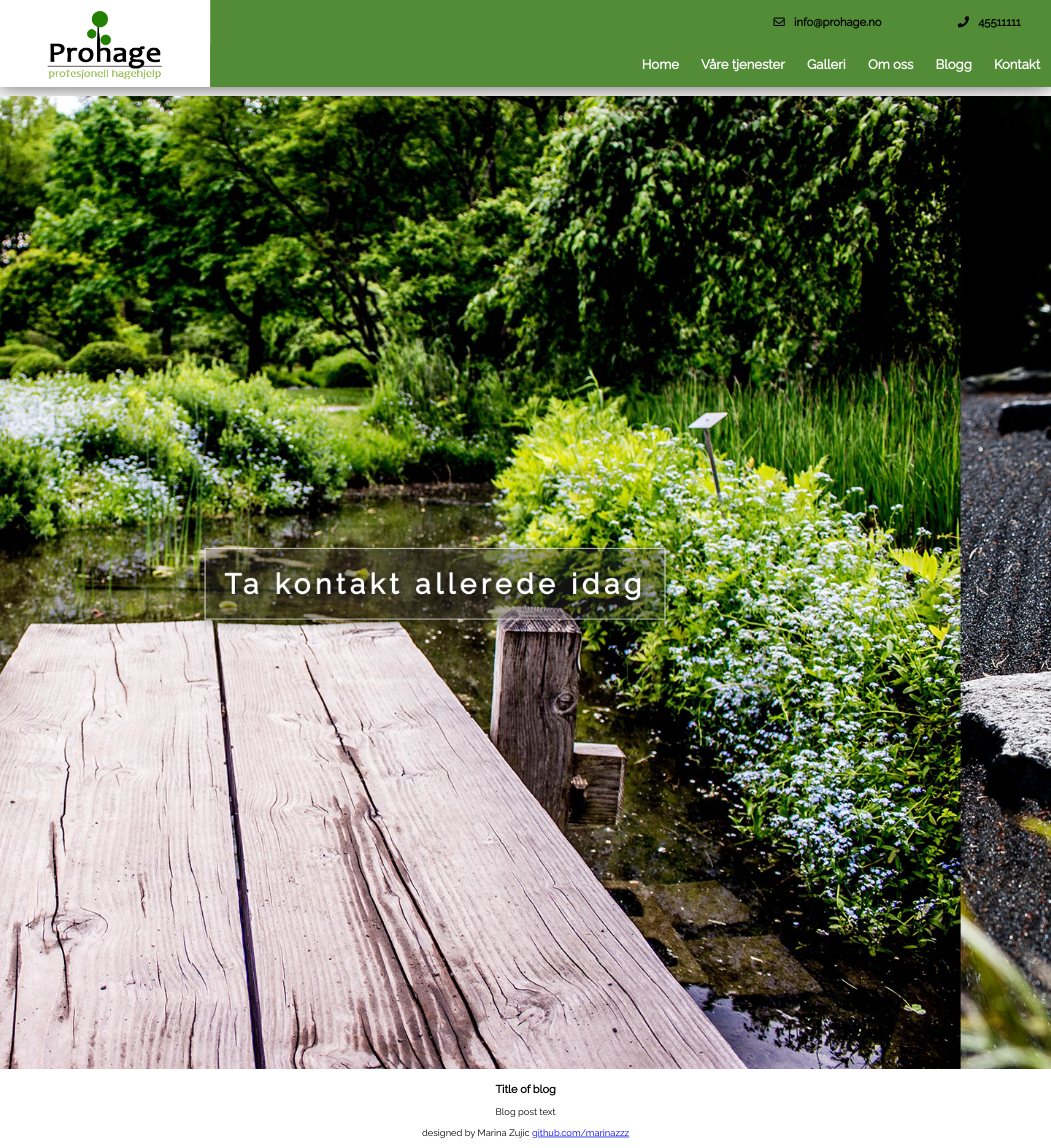
Repository: marinazzz/garden-design-website
Page: index.html
An editor plug-in stored every save of this project. The page is shown before and after the next save, followed by the edit.
The browser window is 1440 px wide. The pictures show the whole page, at 73% of full size.

Above is the page before, as saved 2020-03-31 09:07:45.

### index.html
<!DOCTYPE html>
<html lang="nb">
<head>
    <title>Hagedesign Oslo</title>
    <link rel="stylesheet" type="text/css" href="CSS/fontawesome-free-5.12.1-web/css/all.min.css">
    <link rel="stylesheet" type="text/css" href="CSS/style.css"/>
    <link rel="stylesheet" type="text/css" href="CSS/min-width-768px.css">
    <link rel="stylesheet" type="text/css" href="CSS/min-width-992px.css">
    <link rel="stylesheet" href="https://cdnjs.cloudflare.com/ajax/libs/animate.css/3.7.2/animate.min.css">
    <link rel="stylesheet" type="text/css" href="PLUGINS/glide-master/dist/css/glide.core.min.css" />
    <link rel="stylesheet" type="text/css" href="PLUGINS/glide-master/dist/css/glide.theme.min.css" />
    <link href="https://fonts.googleapis.com/css?family=Raleway&display=swap" rel="stylesheet">
    <meta name="viewport" content="width=device-width, initial-scale=1" charset="UTF-8">
</head>
<body>
    <header class="header--white-green">
        <div class="wrapper">
        <div class="container__menu--small container__menu container--max-width"> <!--grid container-->
            <div class="container__logo"> <!--1.column-->
                <img class="logo"src="images/prohage black.png" alt="Prohage logo">
            </div>
            <div class="container__items--small container__items"> <!--2.column-->
                <div class="container__item"> <!--1.row-->
                     <a href="mailto:info@prohage.no"
                         class ="container__item-txt"><i class="far fa-envelope"></i>info@prohage.no</a>
                     <a href="tlf:45511111"
                         class="container__item-txt"><i class="fas fa-phone"></i>45511111</a>
                </div>
               <div class="container__item-bottom"> <!--2.row-->
                   <button class="menu__toggle">
                       <i class="fas fa-bars"></i>
                   </button>
                   <nav id="menu">
                        <ul class="menu__list">
                            <li class="menu__item">
                                <a class="menu__link" href="home">Home</a>
                            </li>
                            <li class="menu__item">
                                <a class="menu__link" href="#services">Våre tjenester</a>
                            </li>
                            <li class="menu__item">
                                <a class="menu__link" href="#gallery">Galleri</a>
                            </li>
                            <li class="menu__item">
                                <a class="menu__link" href="#about">Om oss</a>
                            </li>
                            <li class="menu__item">
                                <a class="menu__link" href="#blog">Blogg</a>
                            </li>
                            <li class="menu__item">
                                <a class="menu__link" href="kontakt">Kontakt</a>
                            </li>
                       </ul>
                   </nav>
               </div>
            </div>
            </div>
        </div>
        <section id="main-photo">
            <div class="glide">
                <div class="glide__track"
                     data-glide-el="track">
                    <ul class="glide__slides">
                        <li class="glide__slide">
                            <img class="main-photo__item"
                                 srcset="images/daylight-environment-garden-2000.jpg 2000w,
                                         images/daylight-environment-garden-1000.jpg 1000w"
                                 sizes="(min-width: 1440px) 2000px, 100vw"
                                 src="images/daylight-environment-garden-2000.jpg" alt="Garden and plants" />
                                 <h1 class="main-photo__title">Profesjonell hagehjelp</h1>
                        </li>
                        <li class="glide__slide">
                            <img class="main-photo__item"
                                 srcset="images/main-header-photo-2000.jpg 2000w,
                                          images/main-header-photo-1000.jpg 1000w"
                                 sizes="(min-width: 1440px) 2000px, 100vw"
                                 src="images/main-header-photo-2000.jpg" alt="Garden and plants" />
                                 <h1 class="main-photo__title">Ta kontakt allerede idag</h1>
                                </li>
                        <li class="glide__slide">
                            <img class="main-photo__item"
                                 srcset="images/header-photo-2000.jpg 2000w,
                                         images/header-photo-1000.jpg 1000w"
                                 sizes="(min-width: 1440px) 2000px, 100vw"
                                 src="images/header-photo-2000.jpg" alt="Garden designed by proffesional" />
                                 <h1 class="main-photo__title">Rådgiving og tipser</h1>
                        </li>
                        <li class="glide__slide">
                            <img class="main-photo__item"
                                 srcset="images/bloom-blooming-blur-2000.jpg 2000w,
                                         images/bloom-blooming-blur-1000.jpg 1000w"
                                 sizes="(min-width: 1440px) 2000px, 100vw"
                                 src="images/bloom-blooming-blur-2000.jpg" alt="Garden designed by proffesional" />
                                 <h1 class="main-photo__title">Følg vår hageblogg</h1>
                        </li>
                    </ul>
                </div>
                <!--<div class="glide__arrows"
                         data-glide-el="controls">
                        <button class="glide__arrow glide__arrow--left"
                                data-glide-dir="<">
                            <i class="fas fa-chevron-circle-left"></i>
                        </button>
                        <button class="glide__arrow glide__arrow--right"
                                data-glide-dir=">">
                            <i class="fas fa-chevron-circle-right"></i>
                        </button>
                    </div>-->
            </div>

            <!--<img class="main-photo__item1"
                 srcset="images/architecture-clouds-daylight-2000.jpg 2000w,
                         images/architecture-clouds-daylight-1000.jpg 1000w"
                 sizes="(min-width: 1440px) 2000px, 100vw"
                 src="images/architecture-clouds-daylight-2000.jpg" alt="Garden">
            <img class="main-photo__item2"
                 srcset="images/header-photo-2000.jpg 2000w,
                         images/header-photo-1000.jpg 1000w"
                 sizes="(min-width: 1440px) 2000px, 100vw"
                 src="images/header-photo-2000.jpg" alt="Garden designed by proffesional" >
            <img class="main-photo__item3"
                 srcset="images/main-header-photo-2000.jpg 2000w,
                         images/main-header-photo-1000.jpg 1000w"
                 sizes="(min-width: 1440px) 2000px, 100vw"
                 src="images/main-header-photo-2000.jpg" alt="Garden and plants" >
            <h1 class="main-photo__title">Profesjonell hagehjelp</h1>-->
        </section>
     </header>
     <main>
         <section id="services">

         </section>
         <section id="gallery">

        </section>
         <article id="blog-posts">
             <h3>Title of blog</h2>
             <p>Blog post text</p>
         </article>
         <section id="about oss">

        </section>
     </main>
     <footer>
	     <p>designed by Marina Zujic
		     <a href="https://github.com/marinazzz">github.com/marinazzz</a>
	     </p>
     </footer>
     <script src="PLUGINS/glide-master/dist/glide.min.js"></script>
     <script>
        new Glide('.glide', {
            type: 'carousel',
            autoplay: true,
            hoverpause: false,
            perView: 1,
            direction: 'rtl',
            animationDuration: 10000
        }).mount()
      </script>
     <script src="JS/js-app.js"></script>
</body>
</html>

### CSS/style.css
html {
  font-size: 62.5%;
}

body {
  margin: 0;
  padding: 0;
  text-align: center;
  box-sizing: border-box;
  font-family: 'Raleway', sans-serif;
}

       /*__ HEADER__ */

/*color styles*/
.header--white-green {
  --header-bg-color: #528C36;
  --header-link-color: black;
  --header-menu-link: #fff;
  --header-toggle-color: #528C36;
}

/*main style*/
.container__menu--small {
  display: flex;
  justify-content: space-around;
  box-shadow: 0 0 2rem 0 rgba(0, 0, 0, 0.24), 0 0 30rem 0 rgba(0, 0, 0, 0.2);
}

.logo {
  max-height: 8rem;
  background: white;
}

.container__items--small {
  display: grid;
  grid-template-rows: 1fr 1fr;
  align-content: flex-end;
  width: 250px;
}

.container__item {
  align-self: center;
}

.container__item,
.container__item-bottom {
  text-align: end;
}

.container__item-txt {
  color: var(--header-link-color);
  text-decoration: none;
  font-size: 1.2rem;
}

.container__item > a:first-of-type {
  padding-right: 1.6rem;
}

.container__item-bottom > nav {
  text-align: center;
}

.menu__toggle {
  color: var(--header-bg-color);
  box-sizing: border-box;
  border: none;
  background-color: transparent;
  outline: none;
  font-size: 3rem;
  line-height: 0;
  padding: 0.5rem;
  color: var(--header-toggle-color);
  position: relative;
  z-index: 100;
}

.fa-phone,
.fa-envelope {
  margin-right: 1rem;
}


/* MENU */

#menu {
  display: none;
  position: absolute;
  top: auto;
  left: 0;
  width: 100%;
  padding-top: 1rem;
  background-color: var(--header-bg-color);
  z-index: 20;
}

.menu__list {
  padding: 0;
  margin: 0;
  display: flex;
  flex-direction: column;
}

.menu__item {
  display: block;
  margin-bottom: 1rem;
}

.menu__link {
  color: var(--header-menu-link);
  text-decoration: none;
  font-size: 1.4rem;
}

#menu.menu-opened {
  display: block;
}


/*FOR SMALL DEVICES*/

@media screen and (max-width: 420px) {

  .logo {
    max-height: 7rem;
  }

  .container__items--small {
    width: auto;
    align-self: center;
  }

  .container__item > a:first-of-type {
    padding-right: 1.3rem;
  }

  .container__item {
    text-align: center;
  }

  .fa-phone, .fa-envelope {
    margin-right: 0.3rem;
  }
}

/* MAIN PICTURE */

#main-photo {
  width: 100%;
  padding-top: 1rem;
}

.main-photo__title {
  position: absolute;
  color: white;
  background-color:#524a4a3b;
  border: 0.1rem solid white;
  filter: drop-shadow(2px 4px 6px black);
  padding: 2rem;
  margin: 0 auto;
  font-size: 1.5rem;
  letter-spacing: 0.2rem;
  top: 50%;
  left: 50%;
  transform: translate(-50%, -50%);
}



/* GLIDE SLIDER CSS OVERRIDES */

.glide__slides {
  margin: 0;
}

.glide__slide {
  position: relative;
}

/*#main-photo .glide__arrow  {
  font-size: 4rem;
  padding: 0;
  border-color: transparent;
  box-shadow: none;
  border-radius: 50%;
  line-height: 0;
  transition: all 200ms ease-in-out;
}

#main-photo .glide__arrow:hover {
  border-color: #252525;
  color: #252525;
}*/



/*#main-photo {
  position: relative;
}

.main-photo__item {
   width: 100%;
}

.main-photo__title {
  position: absolute;
  bottom: 1rem;
  left: 20rem;
  font-size: 2rem;
}*/



/*1. COLOR OPTION*/
/* CSS variables*/
/* :root {
  --header-bg-color: #4daa57;
  --header-top-bg-color: #252525;
  --header-toggle-color: #fff;
}*/

/*.top-header__item {
  color: var(--header-link-color);
  text-decoration: none;
  font-size: 1.4rem;
}*/


/*------MAIN----------*/

### CSS/min-width-768px.css
@media screen and (min-width: 768px) {

  html {
    font-size: 70%;
  }

   /* HEADER */


   .container__menu,
   .container__items {
    display: grid;
   }

   .container__menu {
    grid-template-columns: 2fr 80%;
    box-shadow: 0 0 2rem 0 rgba(0, 0, 0, 0.62), 0 0 30rem 0 rgba(0, 0, 0, 0.19);
  }

  .container__items {
    grid-template-rows: 1fr 1fr;
    background: var(--header-bg-color);
    width: auto;
  }

  .container__item,
  .container__item-bottom {
    display: flex;
  }

  .container__item {
    align-self: center;
    justify-content: space-around;
    /*padding-left: 23rem;*/
  }

  .container__item > a:first-of-type {
    padding-left: 10rem;
  }

  .container__item-bottom {
    align-items: center;
  }

  .menu__toggle {
    display: none;
  }

  /* NAVIGATION */

  #menu,
  .menu-opened .menu__item .menu__link {
    display: block;
  }

  #menu {
    position: static;
    padding: 0;
    top: 0;
  }

  #menu,
  .menu_list {
    height: 100%;
  }

  .menu__list {
    height: 100%;
    flex-direction: row;
    justify-content: center;
    align-items: center;
    padding-left: 5rem;
  }

  .menu__item {
    height: 100%;
    display: block;
    flex-grow: 1;
    margin: 0;
    line-height: 4.5rem;
  }

  .menu__item:hover {
    background-color:#272727;
  }

  .menu__link:active {
    color:black;
  }

  .menu__link,
  .container__item-txt {
    font-weight: bold;
  }

  /* color styles */

  :root {
    /*header*/
    --header-bg-color:#528C36;
    --link-color: #FCFDF9;
  }

  /* MAIN PHOTO */

  .main-photo__title {
    font-size: 2rem;
    letter-spacing: 0.3rem;
}

}

### CSS/min-width-992px.css
@media screen and (min-width: 992px) {
    html {
        font-size: 80%;
    }

   /* HEADER */

    .logo {
        max-height: 9rem;
    }

    .container__items {
        width: auto;
    }

    .container__item {
        padding-left: 22rem;;
    }

    .container__item-bottom,
    .container__items {
        padding: 0;
    }

    #menu {
        padding-left: 10rem;
    }
}

@media screen and (min-width: 1440px) {

    /* HEADER */
    .container__menu {
        max-width: 1500px;
        margin: 0 auto;
    }

    #menu {
        padding-left: 40rem;
    }

    .container__item {
        padding-left: 47rem;;
    }





    /* MAIN PHOTO */

    .main-photo__title {
        font-size: 3rem;
        letter-spacing: 0.5rem;
    }
}

@media screen and (min-width: 2560px) {

    .logo {
        max-height: 12rem;
    }

    .container__item {
        justify-self: center;
    }

    .container__item > a:first-of-type {
        padding: 0 13rem;
    }

    .container__item-bottom {
        padding: 0 40rem;
    }

    /*content on middle*/

    .container__menu {
        max-width: 2000px;
        margin: 0 auto;
    }

    .container__items {
        width: auto;
    }

    .container__item-bottom,
    .container__items {
        padding: 0;
    }

    #menu,
    .container__item {
        padding-left: 50rem;
    }
}

Loaded but not shown: CSS/fontawesome-free-5.12.1-web/css/all.min.css (library); PLUGINS/glide-master/dist/css/glide.core.min.css (common file); PLUGINS/glide-master/dist/css/glide.theme.min.css (common file); PLUGINS/glide-master/dist/glide.min.js (library); JS/js-app.js (no copy from this time; the picture is the same without it)

After the next save:
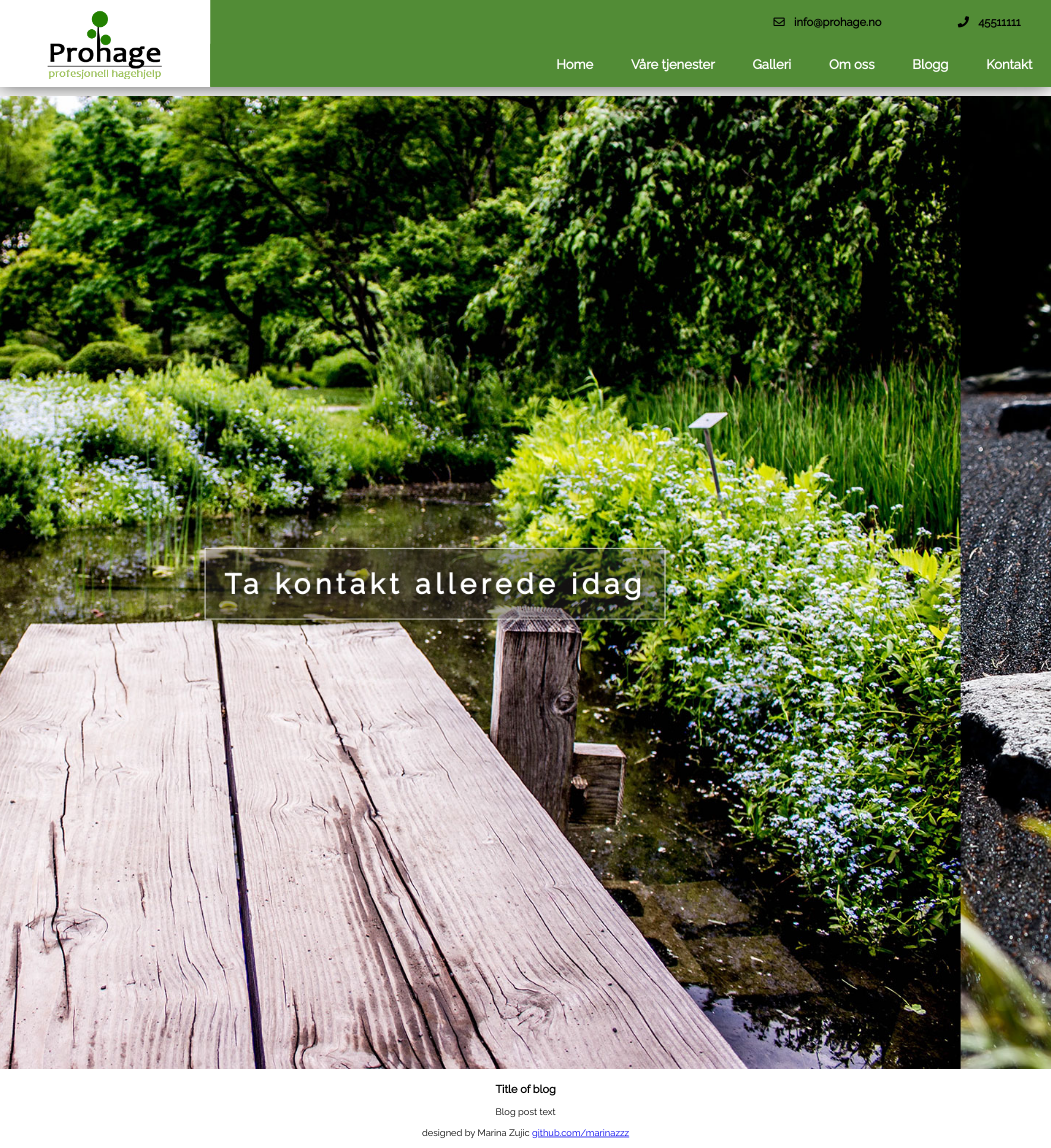
Saved 64 s later.
--- a/CSS/min-width-992px.css
+++ b/CSS/min-width-992px.css
@@ -36,7 +36,7 @@
     }
 
     #menu {
-        padding-left: 40rem;
+        padding-left: 30rem;
     }
 
     .container__item {
